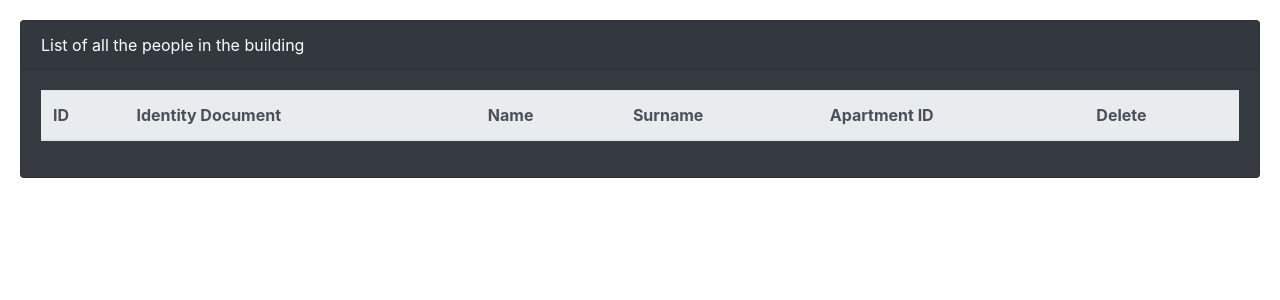
Repository: JMarJus/TalleresDUAL_2
Page: http://localhost/people
The author's editor kept a copy of each file at every save. The page is drawn from the files as they stood at one save, then again after the next save.
The browser window is 1280 px wide. The pictures show the whole page.
The page is this project's Thymeleaf template; nobody is signed in. The template is opened directly, without the code that normally fills it, so the values that code supplies are empty.

Above is the page before, as saved 2023-12-25 17:50:44.
Console error: TypeError: Cannot read properties of undefined (reading 'fn')

### spring01/src/main/resources/templates/people.html
<!DOCTYPE html>
<html xmlns:th="http://www.thymeleaf.org">
	<head>
		<meta http-equiv="Content-Type" content="text/html; charset=UTF-8" />
		<title>Spring 01 - View person</title>
		<link rel="stylesheet" href="https://stackpath.bootstrapcdn.com/bootstrap/4.3.1/css/bootstrap.min.css">
		<script src="https://stackpath.bootstrapcdn.com/bootstrap/4.3.1/js/bootstrap.min.js"></script>
	</head>
	<body class="card-body">
		<div class="card text-white bg-dark mb-3">
			<div class="card-header">List of all the people in the building</div>
			<div class="card-body">
				<table class="table table-striped table-dark">
					<thead class="thead-light">
						<tr>
							<th scope="col">ID</th>
							<th scope="col">Identity Document</th>
							<th scope="col">Name</th>
							<th scope="col">Surname</th>
							<th scope="col">Apartment ID</th>
							<th scope="col">Delete</th>
						</tr>
					</thead>
					<tbody>
						<th:block th:each="person:${people}">
							<tr>
								<td th:text="${person.id}"/>
								<td th:text="${person.identityDoc}"/>
								<td th:text="${person.name}"/>
								<td th:text="${person.surname}"/>
								<td th:text="${person.apartmentId}"/>
								<th:block th:each="apartment:${apartments}">
									<td th:text="${person.surname}"/>
									<span th:if="${apartment.id}==${person.apartmentId}"><td th:text="${apartment.letter}"/></span>
									<th:block th:each="floor:${floors}">
										<span th:if="${floor.id}==${apartment.floorId}"><td th:text="${floor.level}"/></span>
									</th:block>
								</th:block>
								<td>
									<form th:action="@{/postRemovePerson}" method="post">
										<button type="submit" id="btnRemovePerson" name="btnRemovePerson" th:value="${person.id}" class="btn btn-danger">X</button>
									</form>
								</td>
							</tr>
						</th:block>
					</tbody>
				</table>
			</div>
		</div>
	</body>
</html>

After the next save:
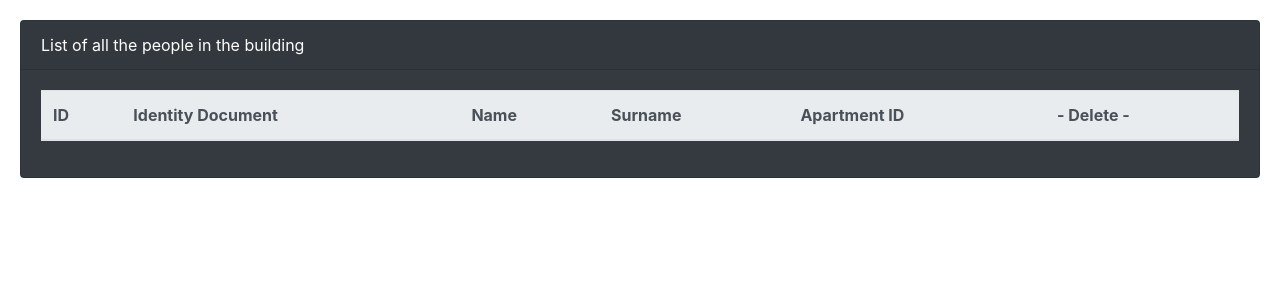
Saved 13 s later.
--- a/spring01/src/main/resources/templates/people.html
+++ b/spring01/src/main/resources/templates/people.html
@@ -18,7 +18,7 @@
 							<th scope="col">Name</th>
 							<th scope="col">Surname</th>
 							<th scope="col">Apartment ID</th>
-							<th scope="col">Delete</th>
+							<th scope="col">- Delete -</th>
 						</tr>
 					</thead>
 					<tbody>
